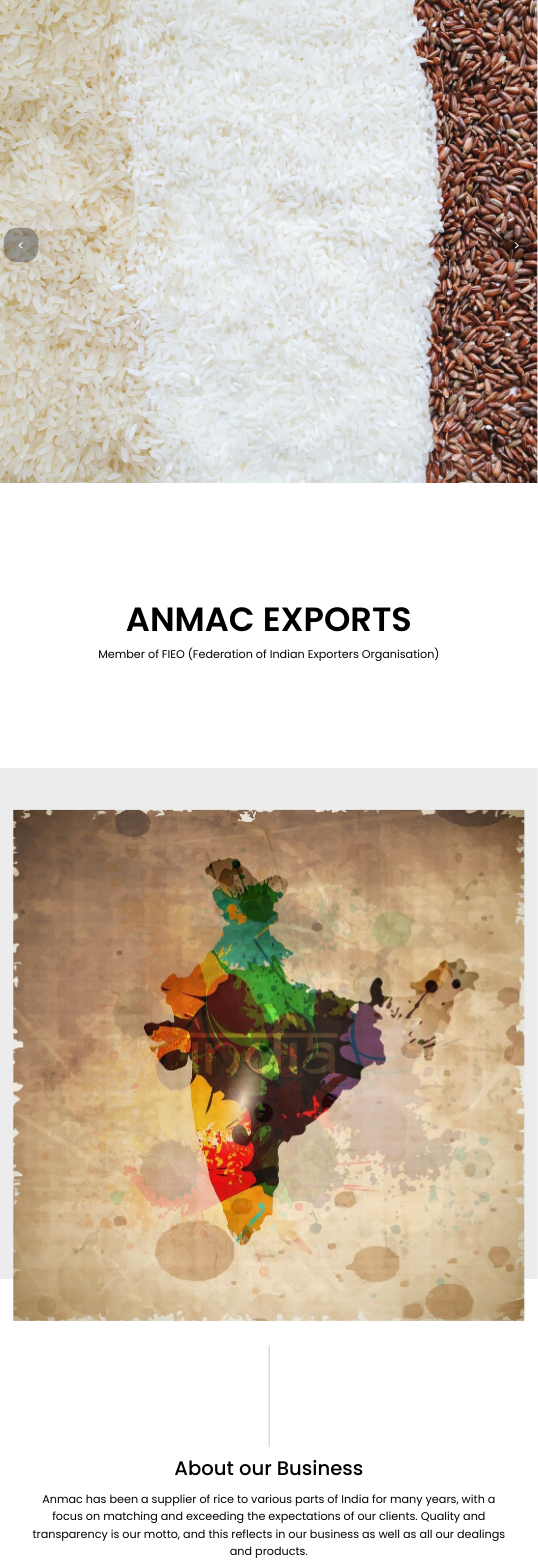
Repository: BitanNag/anmac-portfolio
Page: /#/
These files come from the project's save history. The page is drawn as it stood at one moment and after the next save; the edit follows.
The browser window is 768 px wide. The pictures show the part of the page from y = 0 to 2240 px (the page is 8365 px tall), at 70% of full size.
Some web fonts or font styles are not loaded; a fallback is used. The project was rebuilt for these pictures with package versions that can differ from the ones it lists, and the page was loaded fresh each time. Also part of the build but not shown: vue.config.js, src/components/HeaderSection.vue, src/views/AboutView.vue, src/views/ProductsView.vue, src/components/ClientsSection.vue, src/views/ClientsView.vue, src/views/ContactView.vue.

Above is the page before, as saved 2023-11-06 23:18:02.

### public/index.html
<!DOCTYPE html>
<html lang="">
  <head>
    <meta charset="utf-8">
    <meta http-equiv="X-UA-Compatible" content="IE=edge">
    <meta name="viewport" content="width=device-width,initial-scale=1.0">
    <link rel="icon" href="<%= BASE_URL %>logo.ico">
    <title>Anmac Exports</title>
  </head>
  <body>
    <noscript>
      <strong>We're sorry but <%= htmlWebpackPlugin.options.title %> doesn't work properly without JavaScript enabled. Please enable it to continue.</strong>
    </noscript>
    <div id="app"></div>
    <!-- built files will be auto injected -->
  </body>
</html>

### src/App.vue
<template>
	<router-view/>
</template>

<style>
	@import url('https://fonts.googleapis.com/css2?family=Clicker+Script&family=Poppins:wght@200;300;400;500;600&display=swap');

	* {
		margin: 0;
		padding: 0;
		box-sizing: border-box;
		font-family: 'Poppins', sans-serif;
	}

	body {
		overflow: overlay;
	}

	#app {
		margin: 0;
		padding: 0;
		box-sizing: border-box;
	}
</style>

### src/views/HomeView.vue
<template>

	<div class="main-container">
		<!-- ***** Home Page ***** -->
		<Hero />

		<div class="display-section">
			<div class="container">
				<div class="box">
					<div class="detail-box">
					<h2>
						Anmac Exports
					</h2>
					<p>Member of FIEO (Federation of Indian Exporters Organisation)</p>
					</div>
				</div>
			</div>
		</div>

		<About />

		<Products />

		<ContactForm />

		<Info />

		<Footer />

	</div>
</template>

<script>
	import Hero from '../components/HeroSection.vue';
	import About from '../components/AboutSection.vue';
	import Products from '../components/ProductsSection.vue';
	import ContactForm from '../components/ContactSection.vue';
	import Info from '../components/InfoSection.vue';
	import Footer from '../components/FooterSection.vue'

	export default {
		name: 'App',


		components: {
			Hero,
			About,
			Products,
			ContactForm,
			Info,
			Footer
		}

	}
</script>

<style scoped>
	/* styling for display section starts */
	.display-section {
		padding: 30px 0;
	}

	.display-section .box {
		display: -webkit-box;
		display: -ms-flexbox;
		display: flex;
		-webkit-box-orient: vertical;
		-webkit-box-direction: normal;
		-ms-flex-direction: column;
		flex-direction: column;
		-webkit-box-align: center;
		-ms-flex-align: center;
		align-items: center;
		text-align: center;
	}

	.display-section .box .detail-box h2 {
		font-weight: bold;
		font-size: 3rem;
		text-transform: uppercase;
		margin-top: 5px;
	}

	.display-section .box .detail-box p {
		margin-bottom: 0;
	}

	.display-section .box .img-box img {
		max-width: 100%;
	}

	.display-section .box .btn-box {
		margin-top: 25px;
	}

	.display-section .box .btn-box a {
		display: inline-block;
		padding: 8px 40px;
		background-color: #313131;
		border: 1px solid #313131;
		color: #ffffff;
		text-decoration: none;
	}

	.display-section .box .btn-box a:hover {
		background-color: transparent;
		color: #313131;
	}


	@media (max-width: 992px) {
		.display-section {
			margin-top: 115px;
		}
	}

	/* styling for display section ends */

	/* styling for scrollbar */
	::-webkit-scrollbar {
		width: 10px;
	}

	::-webkit-scrollbar-track {
		background: transparent;
	}

	::-webkit-scrollbar-thumb {
		background: #fd9e2e;
		border-radius: 10px;
	}
	/* styling for scrollbar */

</style>

### src/components/HeroSection.vue
<template>
    <div class="hero-section" id="home-section">

        <!-- title section starts -->
        <!-- <div class="title">
            <p> ANMAC</p>
        </div> -->
        <!-- title section ends -->

        <!-- image slider section starts -->
        <carousel-component :slides="$store.state.heroDisplay" :mode="'hero-display'" :key="1"></carousel-component>
        <!-- image slider section ends -->

        <!-- navigation bar section starts -->
        <nav class="nav-bar">
            <ul class="nav-list">
                <li class="nav-item">
                    <!-- <router-link class="nav-link" to="/">Home</router-link> -->
                    <button @click="scrollToElement('#home-section')">Home</button>
                </li>
                <li class="nav-item">
                    <!-- <router-link class="nav-link" to="/about">About</router-link> -->
                    <button @click="scrollToElement('#about-section')">About</button>
                </li>
                <li class="nav-item">
                    <!-- <router-link class="nav-link" to="/products">Products</router-link> -->
                    <button @click="scrollToElement('#products-section')">Products</button>
                </li>
                <!-- <li class="nav-item">
                    <router-link class="nav-link" to="/testimonial">Testimonial</router-link>
                    <button>Testimonial</button>
                </li> -->
                <li class="nav-item">
                    <!-- <router-link class="nav-link" to="/contactUs">Contact</router-link> -->
                    <button @click="scrollToElement('#contact-section')">Contact</button>
                </li>
            </ul>
        </nav>

    </div>
</template>

<script>
    import VueScrollTo from 'vue-scrollto';
    import CarouselComponent from './carousel/CarouselComponent.vue';

    export default {
        name: 'HeroArea',


        components: { CarouselComponent },


        methods: {
            scrollToElement(element) {
                VueScrollTo.scrollTo(element, 500, {
                    easing: 'ease-in-out',
                    offset: -100,
                    force: false,
                    cancelable: true,
                    onStart: function () {
                        console.log('Scroll started');
                    },
                    onDone: function () {
                        console.log('Scroll finished');
                    },
                    onCancel: function () {
                        console.log('Scroll canceled');
                    },
                    x: false,
                    y: true
                });
            }
        }
    }

</script>



<style scoped>

    .hero-section {
		height: 700px;
		width: 100%;
        display: flex;
        flex-direction: column;
        justify-content: center;
        align-items: center;
        margin: 0 0 50px 0;
	}

    .hero-section .title {
        position: absolute;
        display: flex;
        justify-content: center;
        align-items: center;
        z-index: 10;
        top: 2px;
    }

    .hero-section .title > p {
        color: white;
        font-size: 35px;
        font-weight: bold;
        letter-spacing: -2px;
        margin-top: 5px;
    }

    .hero-section .nav-bar {
        position: relative;
        transform: translateY(-40px);
        width: 60%;
        z-index: 10;
    }

    .hero-section .nav-bar .nav-list {
        position: absolute;
        width: 100%;
        padding: 15px 100px;
        display: flex;
        justify-content: center;
        align-items: center;
        background-color: #252525;
        list-style-type: none;
        border-radius: 10px;
        gap: 30px;
    }

    .hero-section .nav-bar .nav-list .nav-item {
        display: flex;
        justify-content: center;
        align-items: center;
    }

    .hero-section .nav-bar .nav-list .nav-item button {
        background: transparent;
        outline: none;
        border: none;
        padding: 10px;
        width: 100px;
        color: white;
        font-size: 16px;
        border-radius: 10px;
        cursor: pointer;
    }

    .hero-section .nav-bar .nav-list .nav-item button:hover {
        background-color: lightgray;
        color: black;
    }

    .hero-section .nav-bar .nav-list .nav-item .nav-link {
        text-decoration: none;
        color: inherit;
        margin: 0 30px;
        padding: 0;
        text-align: center;
    }


    @media (max-width: 992px) and (min-width: 863px) {
        .hero-section .nav-bar {
            width: 90%;
        }
    }


    @media (max-width: 863px) {
        .hero-section {
            overflow: hidden;
            height: 700px;
        }

        .hero-section .nav-bar {
            position: relative;
            padding: 5px;
            display: grid;
            width: 80%;
            /* bottom: 25%; */
        }

        .hero-section .nav-bar .nav-list {
            padding: 10px 0;
            top: 1000%;
            display: flex;
            flex-flow: wrap;
            height: fit-content;
        }

        .hero-section .nav-bar .nav-list .nav-item .nav-link {
            text-align: center;
            flex-basis: 33.333%;
        }
    }
</style>

### src/components/AboutSection.vue
<template>
      <!-- about section -->

    <section class="about-section" id="about-section">
            <div class="img-box">
                <img src="../assets/images/about-img.jpeg" alt="">
            </div>
            <div class="detail-box">
                <div class="title-container">
                <hr>
                <h2>About our Business</h2>
                </div>
                <p>Anmac has been a supplier of rice to various parts of India for many years, with a focus on matching and exceeding the expectations of our clients. Quality and transparency is our motto, and this reflects in our business as well as all our dealings and products. </p>
                <button @click="scrollToElement('#contact-section')">Contact Us</button>
            </div>
    </section>

    <!-- end about section -->
</template>



<script>
    import VueScrollTo from 'vue-scrollto';
    export default {
        name: 'AboutSection',


        methods: {
            scrollToElement(element) {
                VueScrollTo.scrollTo(element, 500, {
                    easing: 'ease-in-out',
                    offset: -100,
                    force: false,
                    cancelable: true,
                    onStart: function () {
                        console.log('Scroll started');
                    },
                    onDone: function () {
                        console.log('Scroll finished');
                    },
                    onCancel: function () {
                        console.log('Scroll canceled');
                    },
                    x: false,
                    y: true
                });
            }
        }
    }
</script>



<style scoped>
    .about-section {
        display: flex;
        padding: 20px 0;
        margin-top: 100px;
    }

    .about-section .img-box {
        width: 40%;
        padding: 35px 0;
        background-color: #ececec;
    }

    .about-section .img-box img {
        width: 100%;
        -webkit-transform: translateX(45px);
        transform: translateX(45px);
    }

    .about-section .detail-box {
        text-align: center;
        width: 60%;
        padding: 35px 45px;
        margin: 0 20px;
    }

    .about-section .detail-box .title-container {
        display: flex;
        flex-direction: column;
        align-items: center;
    }

    .about-section .detail-box .title-container hr {
        width: 1px;
        height: 145px;
        margin: 0;
        border: none;
        background-color: #b7b7b7;
        margin-bottom: 10px;
    }

    .about-section .detail-box .title-container h2 {
        font-size: 28px;
        font-weight: 500;
    }

    .about-section .detail-box p {
        margin-top: 10px;
    }

    .about-section .detail-box button {
        display: inline-block;
        padding: 10px 40px;
        background-color: #313131;
        border: 1px solid #313131;
        color: #ffffff;
        margin-top: 20px;
        text-decoration: none;
        cursor: pointer;
    }

    .about-section .detail-box button:hover {
        background-color: transparent;
        color: #313131;
    }


    @media (max-width: 992px) {
        .about-section {
            flex-direction: column;
        }

        .about-section .img-box {
            width: 100%;
            padding: 0;
            display: flex;
            justify-content: center;
            margin: 0 0 60px 0;
        }

        .about-section .img-box img {
            width: 95%;
            transform: translate(0, 60px)
        }

        .about-section .detail-box{
            width: 100%;
            margin: 0;
        }
    }
</style>

### src/components/ProductsSection.vue
<template>

	<div class="products-section">

		<div class="title-container">
			<hr>
			<h2> Our Products </h2>
		</div>

		<div class="products-container">
			<div class="product-box" v-for="item in portfolio" :key="item.id">
				<img :src="require(`../assets/images/products/${item.image}`)" alt="">
				<div class="box-overlay">
					<h5>{{item.name}}</h5>
					<p>{{item.description}}</p>
					<a href="">Buy Now</a>
				</div>
			</div>
		</div>

	</div>

</template>



<script>

	export default {
		name: 'ProductsSection',


		data() {
			return {
				portfolio: [
					{
						id: 1,
						name: 'Orange',
						description: 'Lorem, ipsum dolor sit amet consectetur adipisicing elit. Molestias aut, repellat ipsum facere voluptate dicta obcaecati deserunt nobis suscipit eaque?',
						image: 'f-1.jpg'
					},
					{
						id: 2,
						name: 'Blueberry',
						description: 'efgh',
						image: 'f-2.jpg'
					},
					{
						id: 3,
						name: 'Banana',
						description: 'ijkl',
						image: 'f-3.jpg'
					},
					{
						id: 4,
						name: 'Apple',
						description: 'mnop',
						image: 'f-4.jpg'
					},
					{
						id: 5,
						name: 'Mango',
						description: 'qrst',
						image: 'f-5.jpg'
					},
					{
						id: 6,
						name: 'Strawberry',
						description: 'uvwx',
						image: 'f-6.jpg'
					},
				]
			}
		},
	}

</script>



<style scoped>
	.products-section {
		overflow: hidden;
		padding: 40px 0;
		margin-top: 100px;
	}

	.products-section .title-container {
		display: flex;
		align-items: center;
		margin-bottom: 35px;
		transform: translateX(15%);
	}

	.products-section .title-container hr {
		width: 15%;
		height: 1px;
		border: none;
		margin: 0 10px;
		background-color: #b7b7b7;
	}

	.products-section .title-container h2 {
		margin: 0;
		font-weight: 500;
		font-size: 28px;
	}

	.products-section .products-container {
		display: flex;
		flex-wrap: wrap;
		justify-content: center;
	}

	.products-section .products-container .product-box {
		flex: 0 0 31.33%;
		margin: 1%;
		position: relative;
		overflow: hidden;
	}

	.products-section .products-container .product-box img {
		width: 100%;
	}

	.products-section .products-container .product-box .box-overlay {
		position: absolute;
		left: 0;
		top: 100%;
		width: 100%;
		height: 100%;
		opacity: 0;
		background-color: #252525;
		color: #ffffff;
		display: flex;
		flex-direction: column;
		align-items: center;
		justify-content: center;
		transition: all 0.3s;
	}

	.products-section .products-container .product-box .box-overlay h5 {
		text-transform: uppercase;
		margin-bottom: 25px;
	}

	.products-section .products-container .product-box .box-overlay p {
		/* text-transform: uppercase; */
		padding: 15px;
		margin-bottom: 25px;
		text-align: center;
	}

	.products-section .products-container .product-box .box-overlay a {
		display: inline-block;
		padding: 7px 35px;
		border: 1px solid #ffffff;
		color: #ffffff;
		font-size: 15px;
		text-decoration: none;
	}

	.products-section .products-container .product-box .box-overlay a:hover {
		background-color: #ffffff;
		color: #000000;
	}

	.products-section .products-container .product-box:hover .box-overlay {
		top: 0;
		opacity: 0.9;
	}


	@media (max-width: 992px) {
		.products-section .products-container .product-box {
			flex: 0 0 90%;
			margin: 1.5%;
		}
	}
</style>

### src/components/FooterSection.vue
<template>
    <div class="footer-section">
        <p>&copy;{{currentYear}}&nbsp; All Rights Reserved.</p>
    </div>
</template>



<script>
    export default {
        name: 'FooterSection',


        data() {
            return {
                currentYear: new Date().getFullYear()
            }
        }
    }
</script>



<style scoped>
    .footer-section {
        display: flex;
        justify-content: center;
        align-items: center;
    }

    .footer-section > p {
        margin: 0;
        height: 30px;
    }
</style>

### src/components/carousel/CarouselComponent.vue
<template>

    <div class="carousel" :style="styles.carouselStyle">
        <div class="carousel-inner" :style="styles.carouselInnerStyle">
            <carousel-item
                v-for="(slide, index) in slides"
                :key="`item-${index}`"
                :slide="slide"
                :currentSlideNumber="currentSlideNumber"
                :index="index"
                :direction="direction"
                :mode="mode"
            ></carousel-item>
            <carousel-controls :mode="mode" @prev="changeCurrentSlide" @next="changeCurrentSlide"></carousel-controls>
        </div>
    </div>

</template>



<script>

    import CarouselItem from './CarouselItem.vue';
    import CarouselControls from './CarouselControls.vue';

    export default {
        props: ['slides', 'mode'],


        components: { CarouselItem, CarouselControls },


        data: () => ({
            currentSlideNumber: 0,
            slideInterval: null,
            direction: 'right',
            styles: {
                carouselStyle: undefined,
                carouselInnerStyle: undefined,
            }
        }),


        created() {
            if(this.mode === 'clients-display') {
                this.styles.carouselStyle = 'padding: 30px',
                this.styles.carouselInnerStyle = 'width: 900px; height: 700px;'
            } else {
                this.styles.carouselStyle = 'padding: 0; width: 100%; height: 100%',
                this.styles.carouselInnerStyle = 'width: 100%; height: 100%'
            }
        },


        mounted() {
            this.startSlideTimer();
        },


        beforeUnmount() {
            this.stopSlideTimer();
        },


        methods: {
            setCurrentSlide(index) {
                this.currentSlideNumber = index;
            },

            changeCurrentSlide(action) {
                this.stopSlideTimer();

                const index = action === "prev" ? (this.currentSlideNumber > 0 ? this.currentSlideNumber - 1 : this.slides.length - 1) : (this.currentSlideNumber < this.slides.length - 1 ? this.currentSlideNumber + 1 : 0);
                this.direction = action === "prev" ? "left" : "right";
                this.setCurrentSlide(index);

                this.startSlideTimer();
            },

            stopSlideTimer() {
                clearInterval(this.slideInterval);
            },

            startSlideTimer() {
                this.slideInterval = setInterval(() => {
                    this.changeCurrentSlide('next')
                }, 5000);
            }
        }
    }

</script>



<style scoped>
    .carousel {
        display: flex;
        justify-content: center;
    }

    .carousel-inner {
        position: relative;
        overflow: hidden;
    }
</style>

### src/components/carousel/CarouselItem.vue
<template>

    <transition :name="transitionEffect">
        <div class="carousel-item" v-show="currentSlideNumber === index" :style="styles.carouselItemStyle">

            <div class="img-box" :style="styles.imageBoxStyle">
                <img :src="require(`../../assets/images/${(mode === 'hero-display' ? 'hero-display/' : 'client-pictures/') + slide.picture}`)" alt="" :style="styles.imageStyle">
            </div>

            <div class="detail-box" v-if="mode === 'clients-display'">
                <h3>{{slide.name}}</h3>
                <p>
                    <img src="../../assets/images/quotation-marks/left-quote.png" alt="">
                        {{slide.testimonial}}
                    <img src="../../assets/images/quotation-marks/right-quote.png" alt="">
                </p>
            </div>

        </div>
    </transition>


</template>



<script>
    export default {
        props: ['slide', 'currentSlideNumber', 'index', 'direction', 'mode'],


        data: () => ({
            styles: {
                carouselItemStyle: undefined,
                imageBoxStyle: undefined,
                imageStyle: undefined
            }
        }),


        computed: {
            transitionEffect() {
                return this.direction === 'left' ? 'slide-in' : 'slide-out';
            }
        },


        created() {
            if(this.mode === 'clients-display') {
                this.styles.carouselItemStyle = 'padding: 30px';
                this.styles.imageBoxStyle = 'margin: 20px 0';
                this.styles.imageStyle = 'display : block; width: 250px; height: 300px; border: 2px solid goldenrod; border-radius: 50%'
            } else {
                this.styles.carouselItemStyle = 'padding: 0px; width: 100%; height: 100%;';
                this.styles.imageBoxStyle = 'margin: 0px; width: 100%; height: 100%;';
                this.styles.imageStyle = 'display : block; width: 100%; height: 100%;'
            }
        }
    }
</script>



<style scoped>
    .carousel-item {
        height: fit-content;

        position: absolute;
        top: 0;
        left: 0;
        bottom: 0;
        right: 0;

        display: flex;
        flex-direction: column;
        justify-content: center;
        align-items: center;

    }

    .carousel-item .img-box > img {
        object-fit: cover;
        object-position: center;
    }

    .slide-in-enter-active,
    .slide-in-leave-active,
    .slide-out-enter-active,
    .slide-out-leave-active {
        transition: all 1s ease-in-out;
    }

    .slide-in-enter-from {
        transform: translateX(-100%);
    }

    .slide-in-leave-to {
        transform: translateX(100%);
    }

    .slide-out-enter-from {
        transform: translateX(100%);
    }

    .slide-out-leave-to {
        transform: translateX(-100%);
    }


    .carousel-item .detail-box {
        width: 500px;
        display: flex;
        flex-direction: column;
        justify-content: center;
        align-items: center;
    }

    .carousel-item .detail-box > p {
        text-align: center;
        margin: 10px 0;
    }


    @media (max-width: 992px) {
        .carousel-item .detail-box {
            width: 290px;
        }
    }
</style>

### src/components/carousel/CarouselControls.vue
<template>

    <div class="carousel-controls" :style="styles.carouselControlsStyle">
        <button class="carousel-button prev" @click="$emit('prev', 'prev')" :style="styles.carouselButtonStyle"><span>&lt;</span></button>
        <button class="carousel-button next" @click="$emit('next', 'next')" :style="styles.carouselButtonStyle"><span>&gt;</span></button>
    </div>

</template>



<script>
    export default {
        props: ['mode'],


        data: () => ({
            styles: {
                carouselControlsStyle: undefined,
                carouselButtonStyle: undefined
            }
        }),


        created() {
            if(this.mode === 'clients-display') {
                this.styles.carouselControlsStyle = 'top: 30%';
                this.styles.carouselButtonStyle = 'background-color: black; border: 1px solid transparent; border-radius: 50%;'
            } else {
                this.styles.carouselControlsStyle = 'top: 50%';
                this.styles.carouselButtonStyle = 'background-color: rgba(0, 0, 0, 0.3); border: 1px solid transparent; border-radius: 20px;'
            }
        }
    }
</script>



<style scoped>
    .carousel-controls {
        position: absolute;
        width: calc(100% - 10px);
        /* height: fit-content; */
        display: flex;
        justify-content: space-between;
        align-items: center;
        /* top: 50%; */
        transform: translateY(-50%);
        margin: 5px;
    }

    .carousel-button {
        cursor: pointer;
        z-index: 10;
        color: white;
        padding: 20px;
        font-size: 18px;
        width: 50px;
        height: 50px;
        display: flex;
        justify-content: center;
        align-items: center;
        /* outline: 1px solid transparent; */
    }

    .carousel-button:hover {
        border: 2px solid black !important;
        background-color: rgba(211, 211, 211, 0.5) !important;
        color: black;
    }
</style>

Loaded but not shown: src/main.js (common file); src/store/index.js (87 lines, source omitted); src/router/index.js (42 lines, source omitted); src/components/ContactSection.vue (255 lines, source omitted); src/components/InfoSection.vue (186 lines, source omitted)

After the next save:
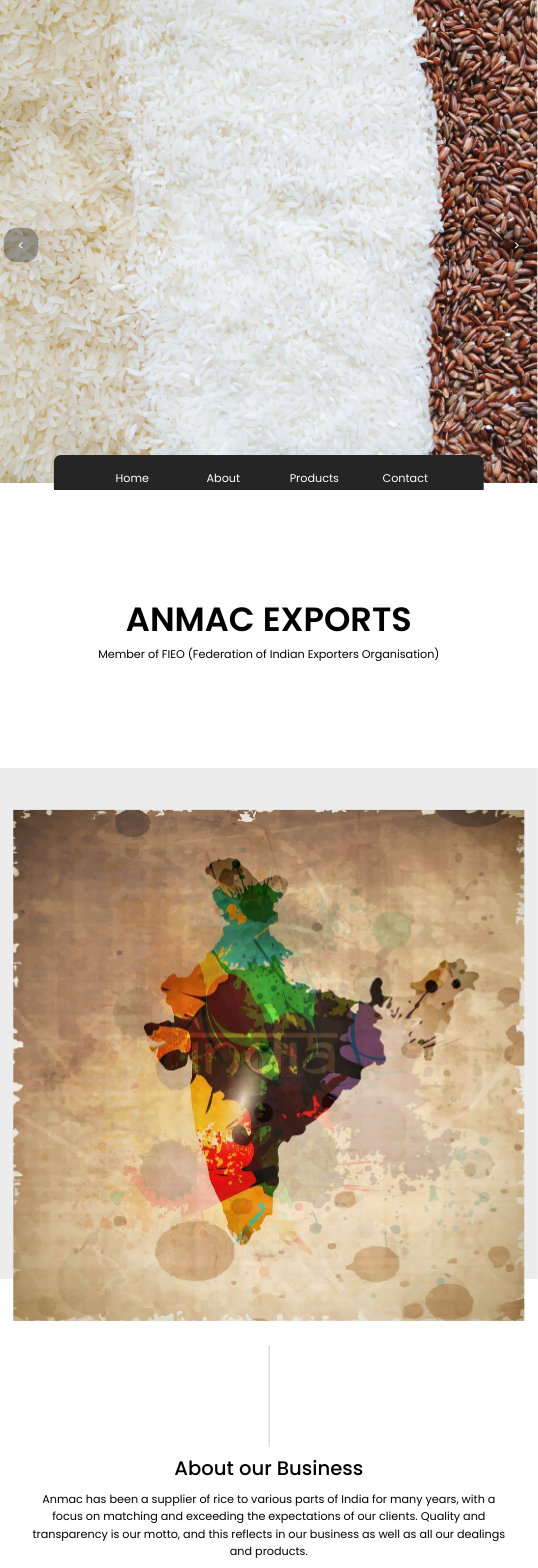
Saved 11 s later.
--- a/src/components/HeroSection.vue
+++ b/src/components/HeroSection.vue
@@ -182,7 +182,7 @@
 
         .hero-section .nav-bar .nav-list {
             padding: 10px 0;
-            top: 1000%;
+            /* top: 1000%; */
             display: flex;
             flex-flow: wrap;
             height: fit-content;
